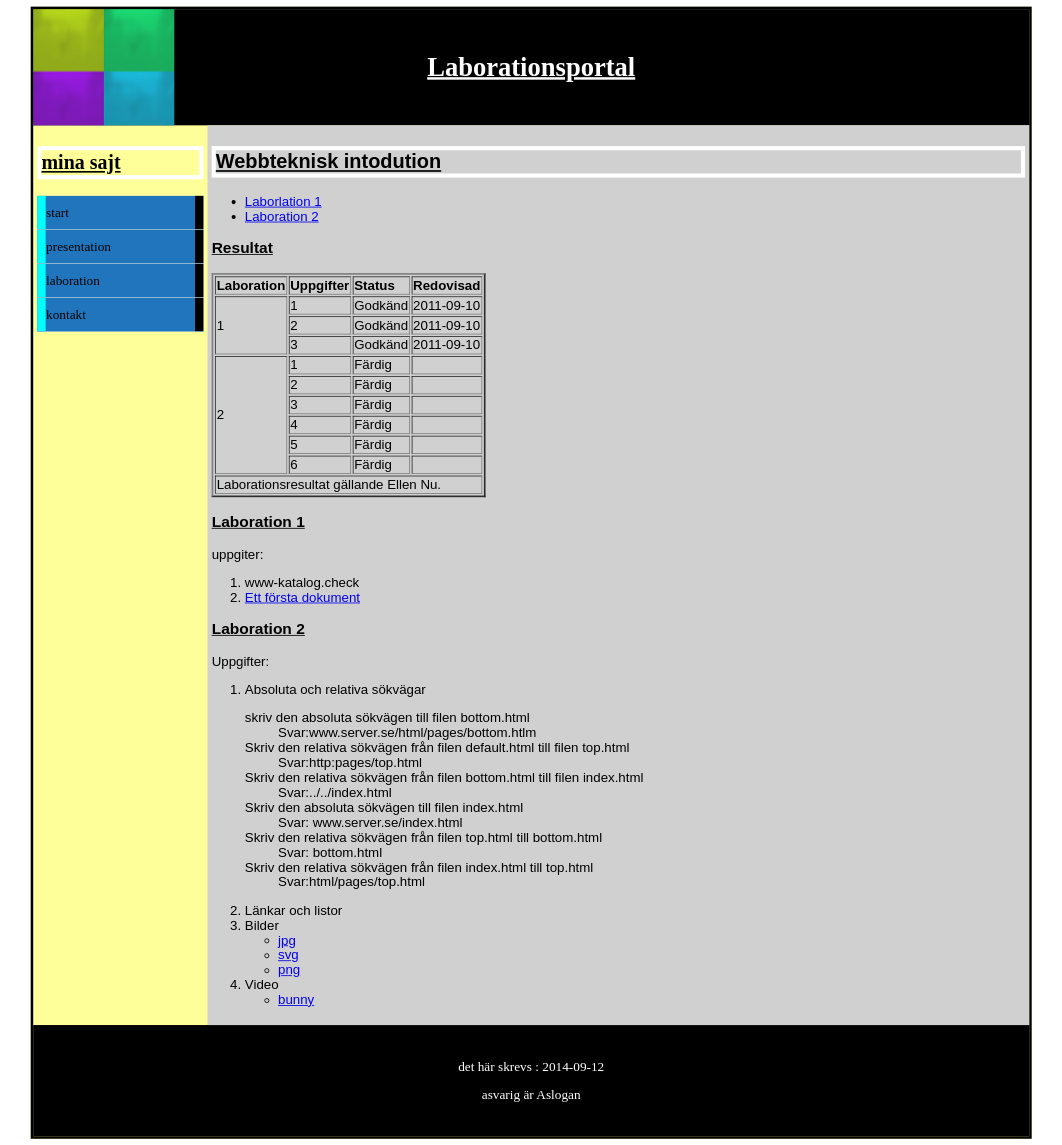
Repository: ar222rk/1IK415-ar222rk-Laboration
Page: pages/laboration.html
The author's editor kept a record of every edit. The page is drawn from the files as they stood at one moment, then again after the next edit.
The browser window is 1280 px wide. The pictures show the whole page, at 83% of full size.

Above is the page before.

After the next edit:
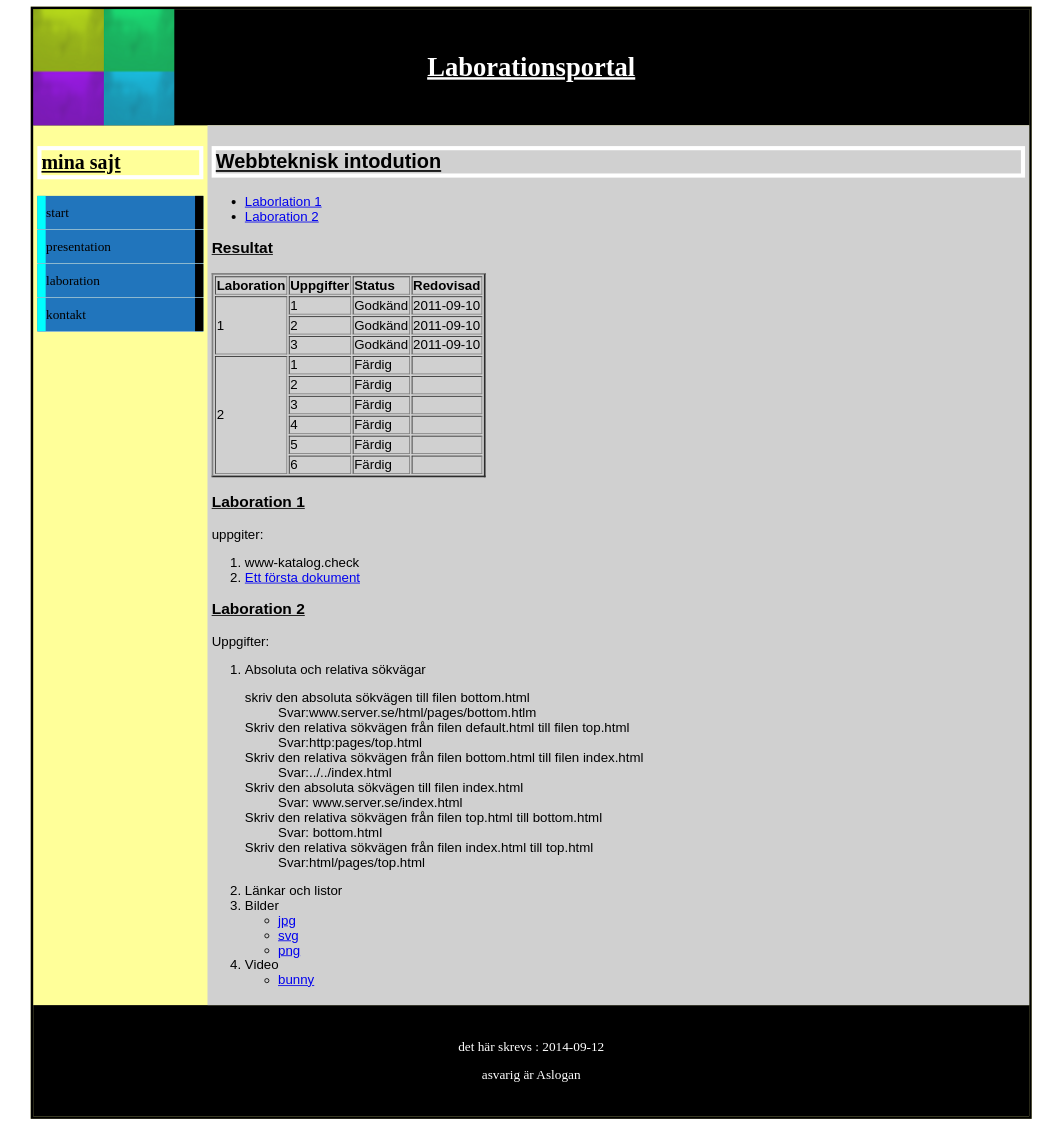
The edit:
--- a/pages/laboration.html
+++ b/pages/laboration.html
@@ -106,11 +106,7 @@
 
 
 
-              <tfoot>
-                        <tr>
-                            <td colspan="4" >Laborationsresultat gällande Ellen Nu.</td>
-                        </tr>
-                </tbody>
+
 
              </table>
 

After the edit that followed:
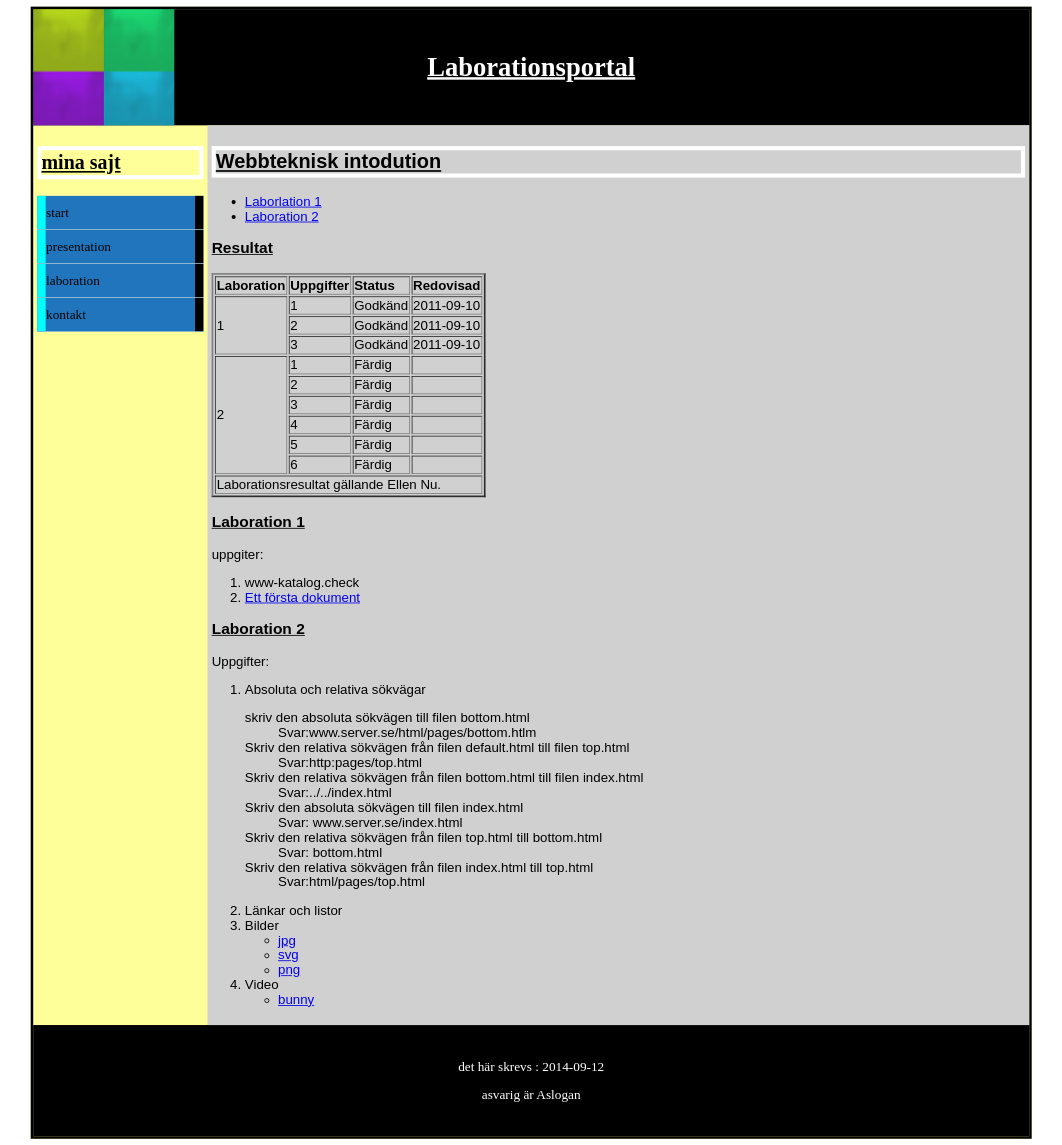
The edit:
--- a/pages/laboration.html
+++ b/pages/laboration.html
@@ -43,7 +43,12 @@
                      <td> <strong>Status</strong></td>
                      <td> <strong>Redovisad</strong></td>
                   </tr>
-             </thead>
+            </thead>
+            <tfoot>
+                        <tr>
+                            <td colspan="4" >Laborationsresultat gällande Ellen Nu.</td>
+                        </tr>
+                </tfoot>
              <tbody>
                  <tr>
                      <td rowspan="3">1</td>
